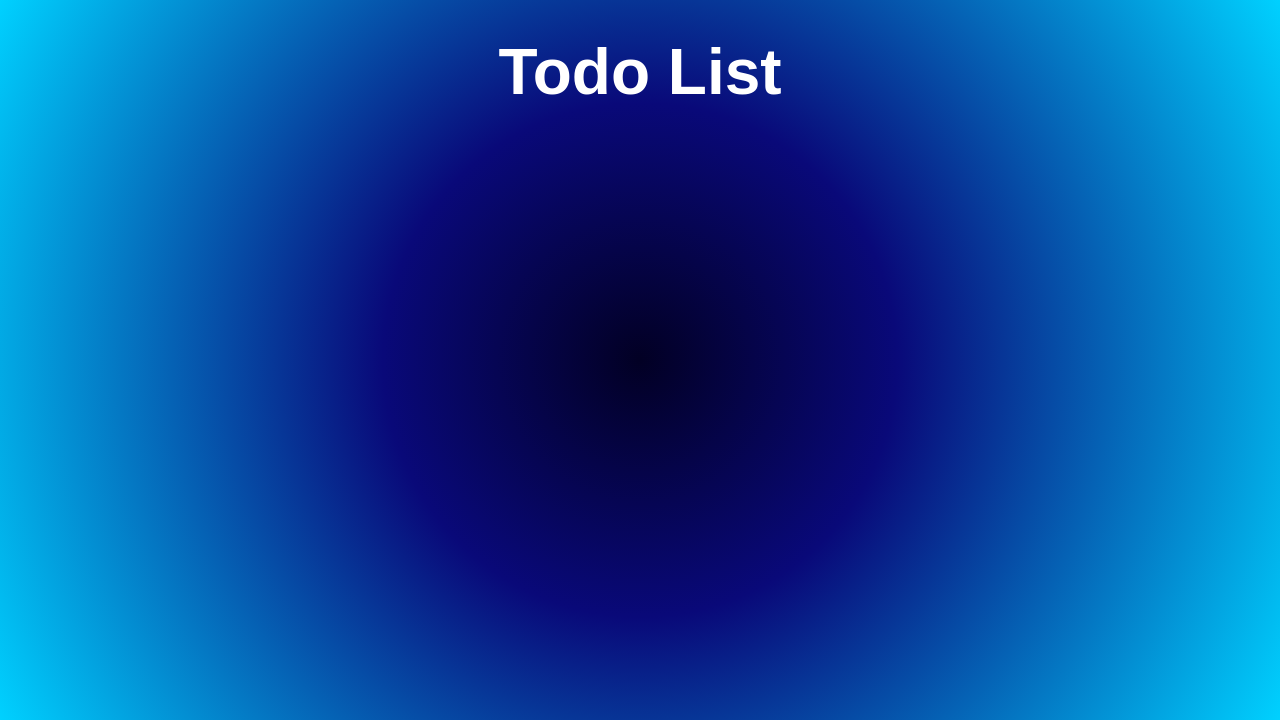
Repository: chellshelove/WADS_Assignment_TodoApp
Page: /
The author's editor kept a copy of each file at every save. The page is drawn from the files as they stood at one save, then again after a run of saves.
The browser window is 1280 px wide. The pictures show the whole page.
The project was rebuilt for these pictures with package versions that can differ from the ones it lists, and the page was loaded fresh each time.

Above is the page before, as saved 2023-03-09 13:46:47.

### src/App.js
import React from 'react';
import './App.css';

function App() {
  return (
    <div className="todo-app">
      <header>
        <h1>Todo List</h1>
      </header>
    </div>
  );
}

export default App;

### src/App.css
* {
  margin: 0;
  padding: 0;
  box-sizing: border-box;
}
body {
  background-image: radial-gradient(circle, rgba(2,0,36,1) 0%, rgba(9,9,121,1) 35%, rgba(0,209,255,1) 100%);
  color: white;
  font-family: "Poppins", sans-serif;
  min-height: 100vh;
}
header {
  font-size: 2rem;
}

header,
form {
  min-height: 20vh;
  display: flex;
  justify-content: center;
  align-items: center;
}
form input,
form button {
  padding: 0.5rem;
  font-size: 2rem;
  border: none;
  background: white;
}
form button {
  color: #ff6f47;
  background: #f7fffe;
  cursor: pointer;
  transition: all 0.3s ease;
}
form button:hover {
  background: #ff6f47;
  color: white;
}
.todo-container {
  display: flex;
  justify-content: center;
  align-items: center;
}

.todo-list {
  min-width: 30%;
  list-style: none;
}

.todo {
  margin: 0.5rem;
  background: white;
  font-size: 1.5rem;
  color: black;
  display: flex;
  justify-content: space-between;
  align-items: center;
  transition: all 1s ease;
}
.filter-todo {
  padding: 1rem;
}
.todo li {
  flex: 1;
}

.trash-btn,
.complete-btn {
  background: #ff6f47;
  color: white;
  border: none;
  padding: 1rem;
  cursor: pointer;
  font-size: 1rem;
}
.complete-btn {
  background: rgb(11, 212, 162);
}
.todo-item {
  padding: 0rem 0.5rem;
}

.fa-trash,
.fa-check {
  pointer-events: none;
}

.fall {
  transform: translateY(10rem) rotateZ(20deg);
  opacity: 0;
}

.completed {
  text-decoration: line-through;
  opacity: 0.5;
}

/*CUSTOM SELECTOR */
select {
  -webkit-appearance: none;
  -moz-appearance: none;
  -ms-appearance: none;
  appearance: none;
  outline: 0;
  box-shadow: none;
  border: 0 !important;
  background-image: none;
}

/* Custom Select */
.select {
  margin: 1rem;
  position: relative;
  overflow: hidden;
}
select {
  color: #ff6f47;
  font-family: "Poppins", sans-serif;
  cursor: pointer;
  width: 12rem;
}
/* Arrow */
.select::after {
  content: "\25BC";
  position: absolute;
  top: 0;
  right: 0;
  padding: 1rem;
  background: #ff6f47;
  cursor: pointer;
  pointer-events: none;
}
/* Transition */
/*
.select:hover::after {
  transform: scale(1.5);
}
*/

### src/components/Form.js
import React from 'react'

const Form = () => {
    return(
        <form>
      <input type="text" class="todo-input" />
      <button class="todo-button" type="submit">
        <i class="fas fa-plus-square"></i>
      </button>
      <div class="select">
        <select name="todos" class="filter-todo">
          <option value="all">All</option>
          <option value="completed">Completed</option>
          <option value="uncompleted">Uncompleted</option>
        </select>
      </div>
    </form>
    );
}

Loaded but not shown: public/index.html (common file); src/index.js (common file)

After the next 2 saves:
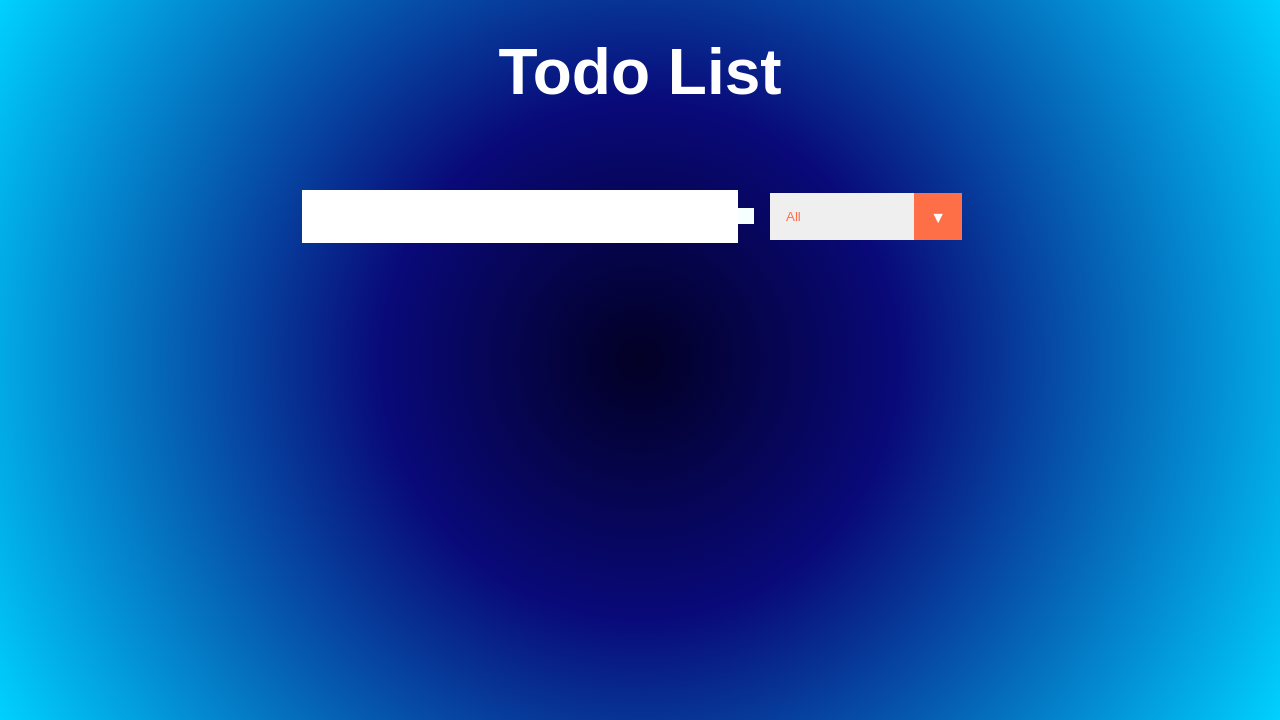
The 2 saves are shown as one change because 1 did not build or start.
The last was saved 30 min 55 s later.
--- a/src/App.js
+++ b/src/App.js
@@ -1,5 +1,7 @@
 import React from 'react';
 import './App.css';
+//importing components
+import Form from './components/Form';
 
 function App() {
   return (
@@ -7,6 +9,7 @@ function App() {
       <header>
         <h1>Todo List</h1>
       </header>
+      <Form />
     </div>
   );
 }
--- a/src/components/Form.js
+++ b/src/components/Form.js
@@ -17,3 +17,5 @@ const Form = () => {
     </form>
     );
 }
+
+export default Form;
